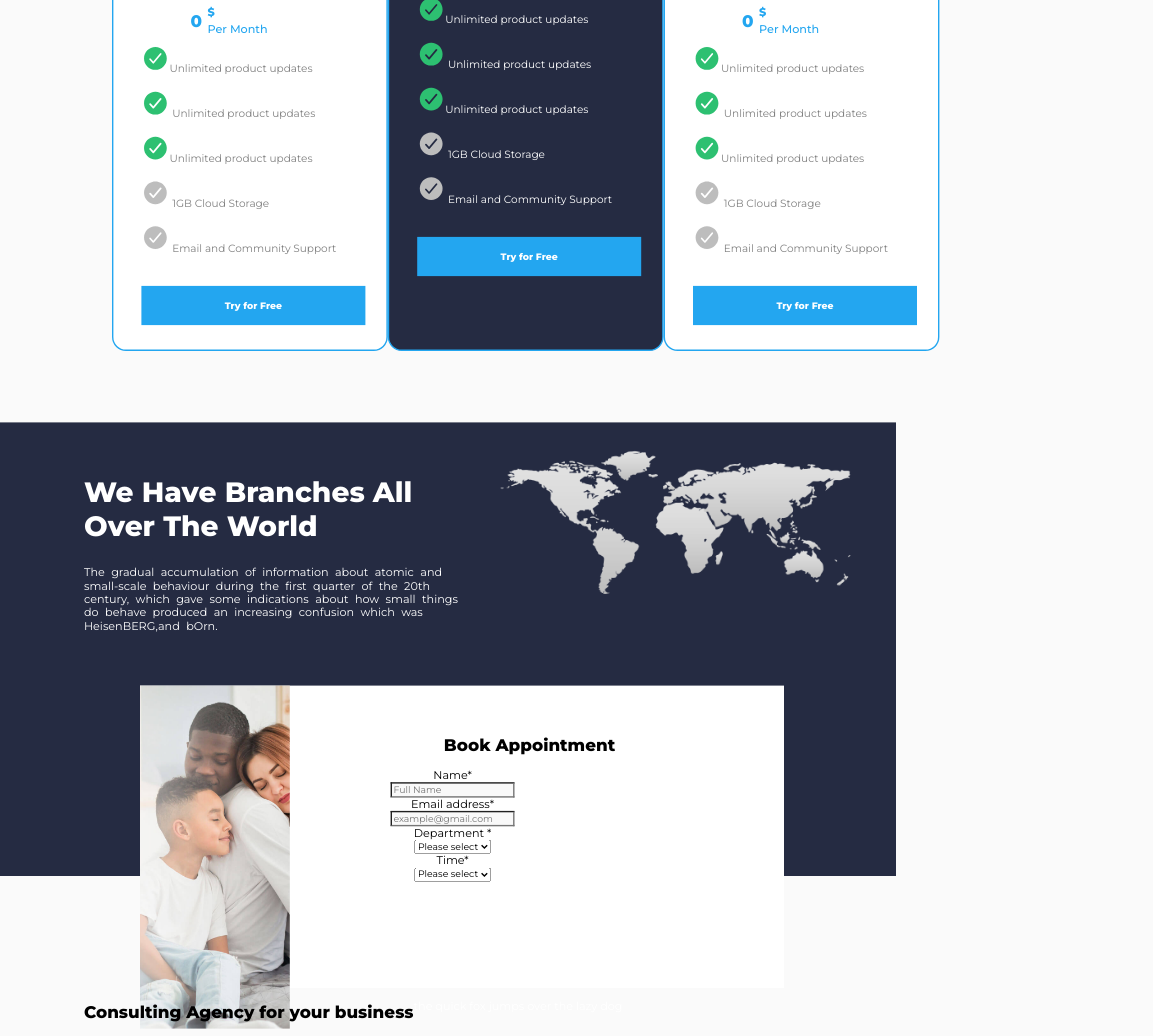
Repository: NANCY-HUB329/week-challenge
Page: index.html
An editor plug-in stored every save of this project. The page is shown before and after a run of saves, followed by the edit.
The browser window is 1280 px wide. The page is 1342 px wide, then 1647 px, so the pictures cover 1647 px, including what lies to the right of the window. The pictures show the part of the page from y = 2639 to 4119 px (the page is 4119 px tall), at 70% of full size.

Above is the page before, as saved 2023-11-24 08:21:01.

After the next 2 saves:
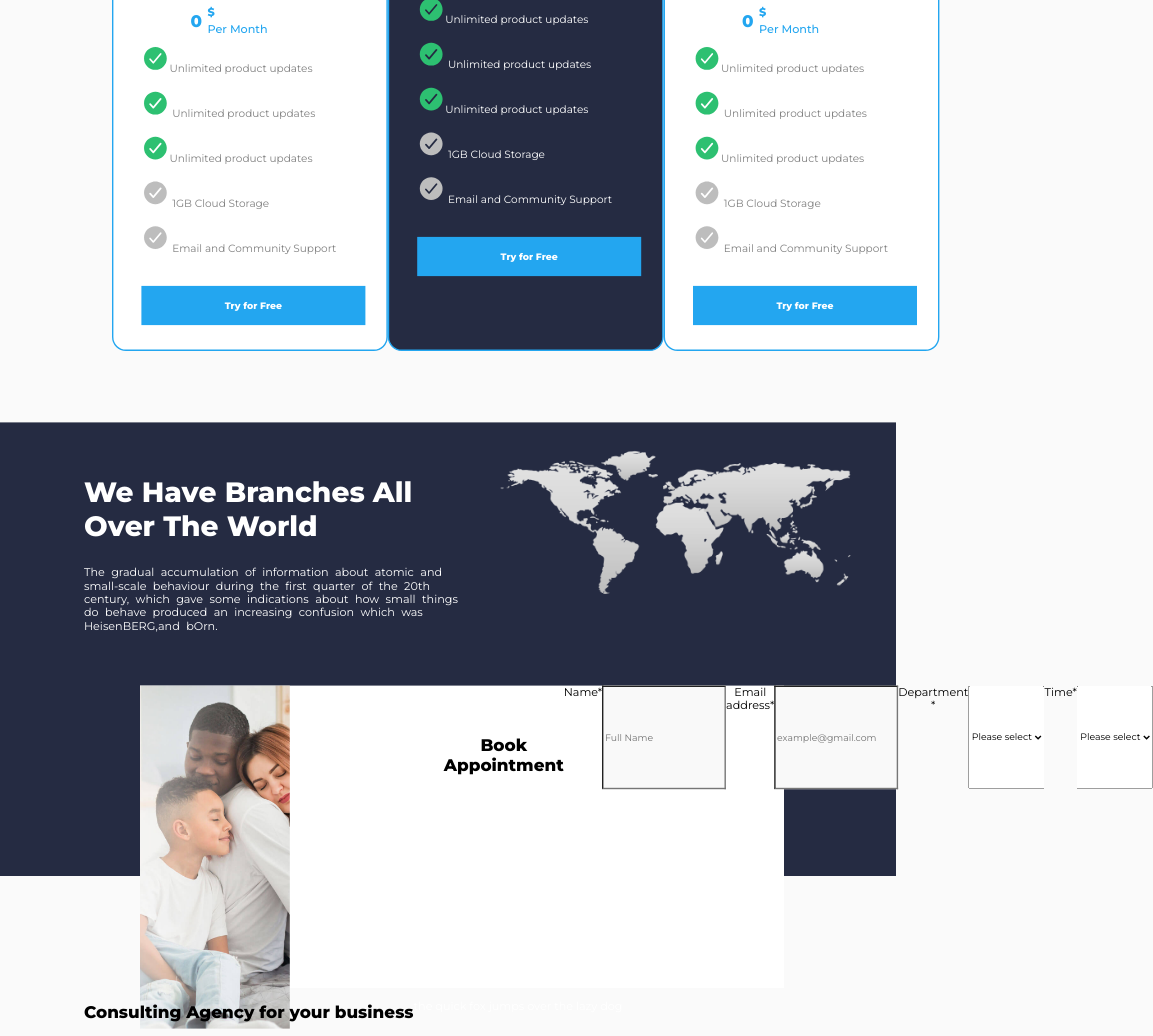
The 2 saves are shown as one change because they came seconds apart.
The last was saved 32 s later.
--- a/styles.css
+++ b/styles.css
@@ -476,6 +476,9 @@
   height: 490px;
   object-fit: contain;
 }
+.contact-form form {
+  display: flex;
+}
 .contact-form h2 {
   padding-left: 220px;
   padding-top: 50px;
